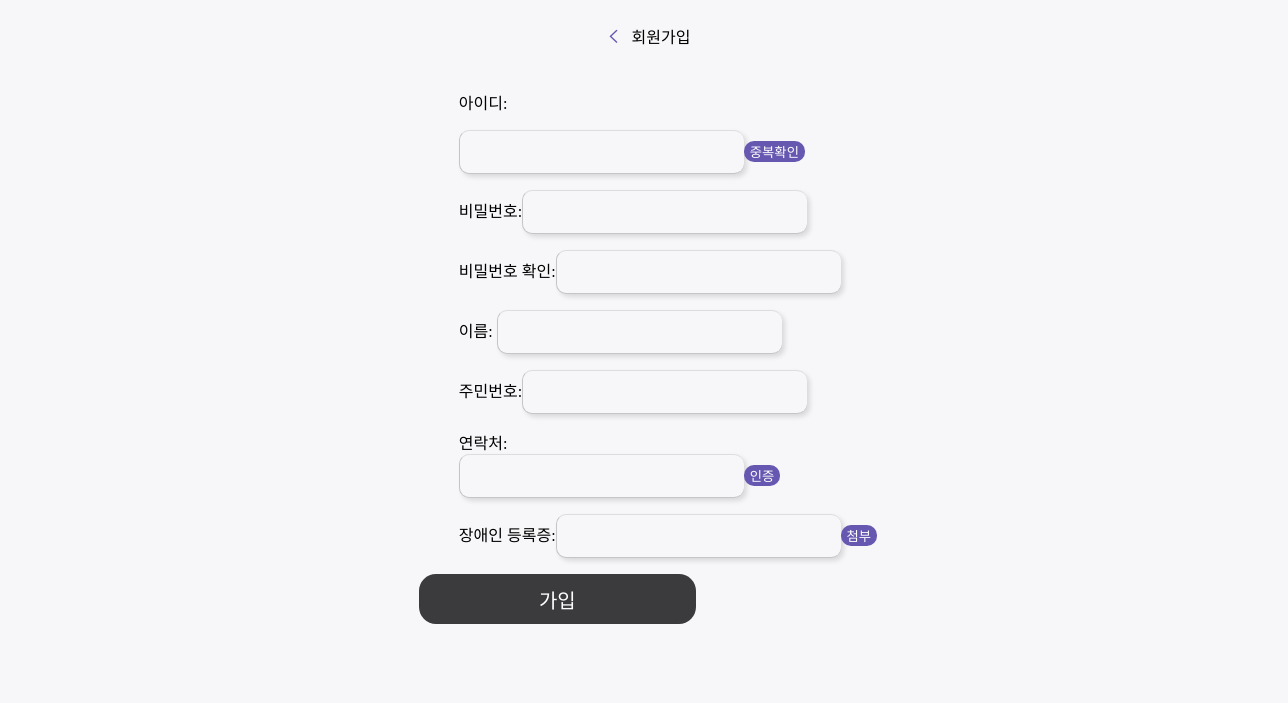
Repository: PEPI-dev/UI
Page: regist/regist.html
These files come from the project's save history. The page is drawn as it stood at one moment and after the next save; the edit follows.
The browser window is 1280 px wide. The page is 1288 px wide, so the pictures cover 1288 px, including what lies to the right of the window. The pictures show the whole page.
Some web fonts or font styles are not loaded; a fallback is used.

Above is the page before, as saved 2023-12-04 18:03:14.

After the next save:
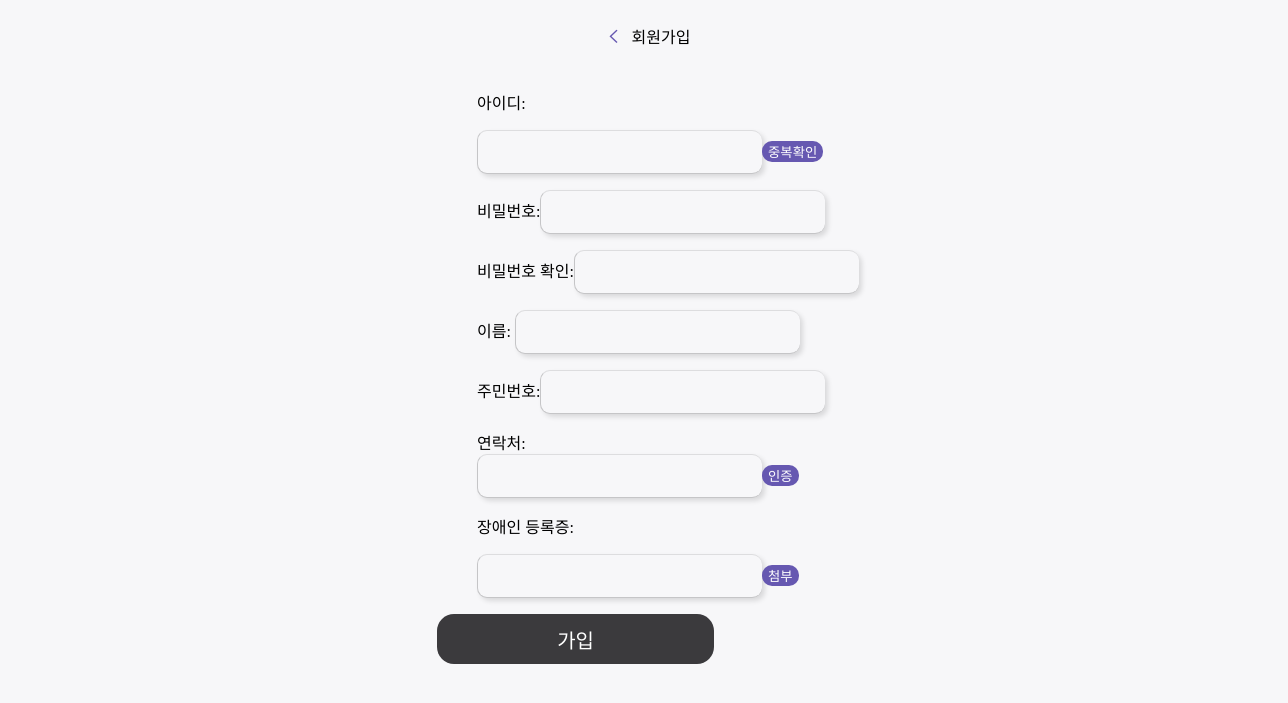
Saved 10 s later.
--- a/regist/regist.html
+++ b/regist/regist.html
@@ -27,7 +27,7 @@
         <div class="input_form"><label for="tel" class="txt_input">연락처:</label>
             <div class="form1"><input class="field" id="tel" type="text"><button class="btn_inside" id="phone_check">인증</button></input></div></p>
 
-        <p class="input_form"><label for="disability_card" class="txt_input">장애인 등록증:</label><input class="field" id="disability_card" type="text"><button class="btn_inside" id="card_check">첨부</button></input></p>
+        <p class="input_form"><label for="disability_card" class="txt_input">장애인 등록증:</label> <div class="form1"></div><input class="field" id="disability_card" type="text"><button class="btn_inside" id="card_check">첨부</button></input></p>
 
         </ul>
         <button id="join">가입</button>
